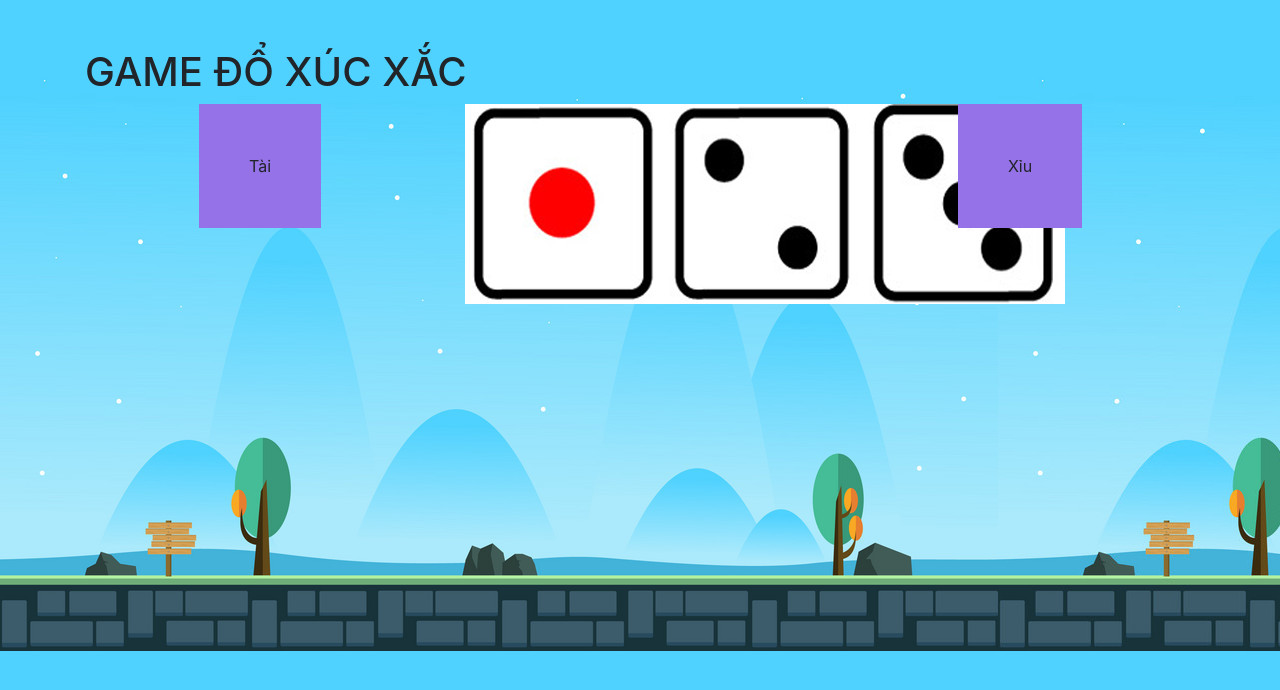
Repository: dovanthao2404/game-xuc-sac
Page: /
These files come from the project's save history. The page is drawn as it stood at one moment and after the next save; the edit follows.
The browser window is 1280 px wide. The pictures show the whole page.
The project was rebuilt for these pictures with package versions that can differ from the ones it lists, and the page was loaded fresh each time.

Above is the page before, as saved 2021-09-11 13:07:27.

### public/index.html
<!DOCTYPE html>
<html lang="en">

<head>
  <meta charset="utf-8" />
  <link rel="icon" href="%PUBLIC_URL%/favicon.ico" />
  <meta name="viewport" content="width=device-width, initial-scale=1" />
  <meta name="theme-color" content="#000000" />
  <meta name="description" content="Web site created using create-react-app" />
  <link rel="apple-touch-icon" href="%PUBLIC_URL%/logo192.png" />
  <link rel="manifest" href="%PUBLIC_URL%/manifest.json" />
  <title>React App</title>
  <link rel="stylesheet" href="https://cdn.jsdelivr.net/npm/bootstrap@4.6.0/dist/css/bootstrap.min.css"
    integrity="sha384-B0vP5xmATw1+K9KRQjQERJvTumQW0nPEzvF6L/Z6nronJ3oUOFUFpCjEUQouq2+l" crossorigin="anonymous">
  <link rel="stylesheet" href="%PUBLIC_URL%/css/style.css">
</head>

<body>
  <noscript>You need to enable JavaScript to run this app.</noscript>
  <div id="root"></div>
</body>

</html>

### src/index.css
body {
  margin: 0;
  padding: 0;
  box-sizing: border-box;
  font-family: -apple-system, BlinkMacSystemFont, 'Segoe UI', 'Roboto', 'Oxygen',
    'Ubuntu', 'Cantarell', 'Fira Sans', 'Droid Sans', 'Helvetica Neue',
    sans-serif;
  -webkit-font-smoothing: antialiased;
  -moz-osx-font-smoothing: grayscale;
}

code {
  font-family: source-code-pro, Menlo, Monaco, Consolas, 'Courier New',
    monospace;
}

### src/App.js


function App() {
  return (
    <div className="main">
      <div className="container mt-5">
        <div className="title">
          <h1>GAME ĐỔ XÚC XẮC</h1>
        </div>
        <div>
          <div class="row justify-content-between">
            <div className="col-4">
              <div className="type d-flex justify-content-center align-items-center">
                <span>Tài</span>
              </div>
            </div>
            <div className="col-4">
              <div className="d-flex">
                <img src="./images/1.png" alt="" />
                <img src="./images/2.png" alt="" />
                <img src="./images/3.png" alt="" />
              </div>
            </div>
            <div className="col-4">
              <div className="type d-flex justify-content-center align-items-center">
                <span>Xỉu</span>
              </div>
            </div>
          </div>
        </div>
      </div>
    </div>
  );
}

export default App;

### public/css/style.css
.main {
  background-image: url(./../images/bgGame.png);
  top: 0;
  left:0;
  right: 0;
  bottom: 0;
  display: block;
  position: absolute;
  z-index: -10;
}

.type span{
  display: block;
  padding: 50px;
  background: rgb(149, 114, 231);
}

Loaded but not shown: src/index.js (common file); src/reportWebVitals.js (common file)

After the next save:
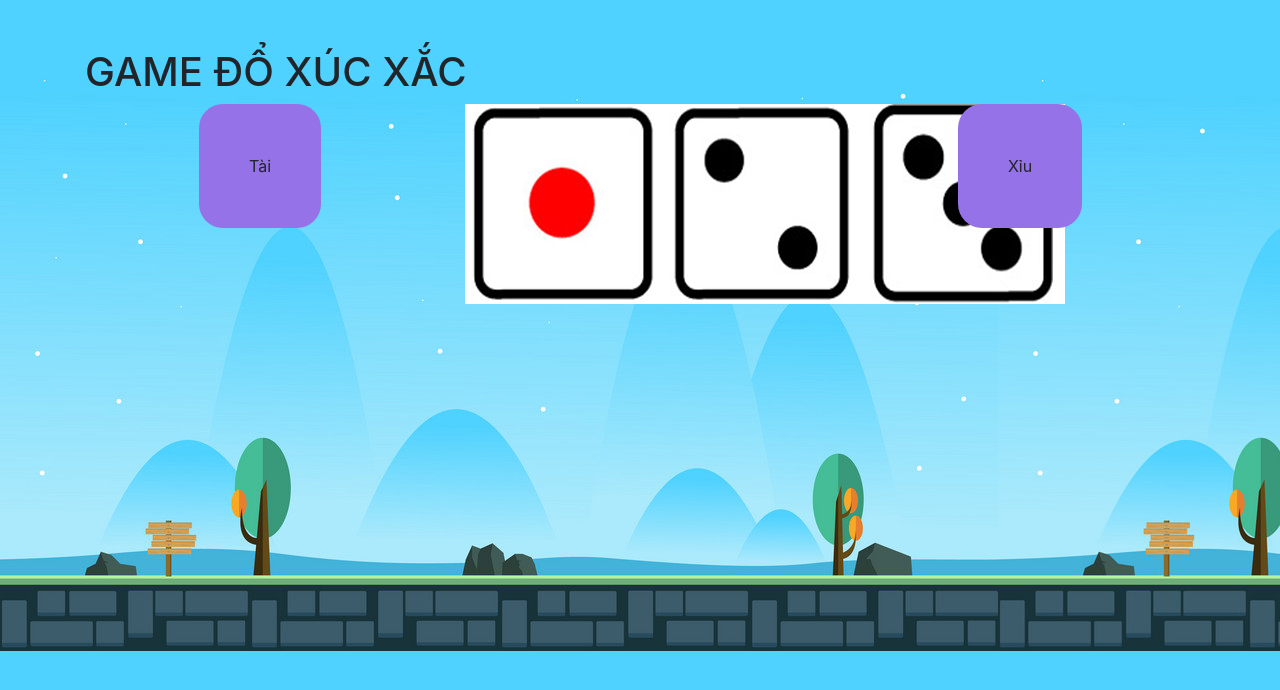
Saved 10 s later.
--- a/public/css/style.css
+++ b/public/css/style.css
@@ -12,5 +12,6 @@
 .type span{
   display: block;
   padding: 50px;
+  border-radius: 24px;
   background: rgb(149, 114, 231);
 }
